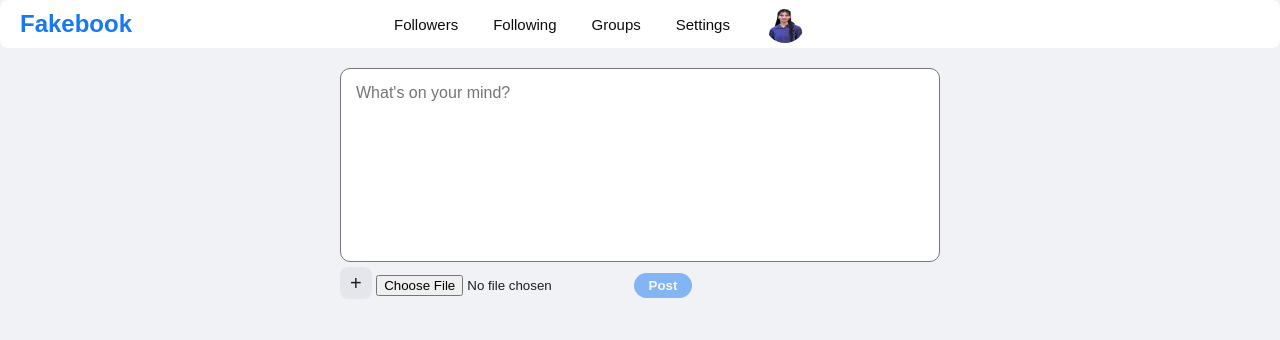
Repository: harpreetkaur2201/FAKEBOOK
Page: fakebook_profile/index.html
These files come from the project's save history. The page is drawn as it stood at one moment and after the next save; the edit follows.
The browser window is 1280 px wide. The pictures show the whole page.

Above is the page before, as saved 2025-11-14 20:22:36.

### fakebook_profile/index.html
<!doctype html>
<html lang="en">
<head>
  <meta charset="utf-8" />
  <meta name="viewport" content="width=device-width, initial-scale=1" />
  <title>Fakebook</title>
  <link rel="stylesheet" href="./assets/styles/style.css">
</head>
<body>
  <header>
    <div class="logo">Fakebook</div>
    <nav>
      <a href="#followers">Followers</a>
      <a href="#following">Following</a>
      <a href="#groups">Groups</a>
      <a href="#settings">Settings</a>
      <a href="#profile"><img id="headerAvatar" src="./assets/Profile pic.jpg" alt="Profile" class="avatar"></a>
    </nav>
  </header>

  <main>
    <section class="create-post">
      <form id="postForm">
        <textarea id="postText" placeholder="What's on your mind?" rows="9"></textarea>
        <div>
          <label for="imageInput">+</label>
            <input id="imageInput" type="file" accept="image/*">

          <button id="postBtn" type="submit" disabled>Post</button>
        </div>
      </form>
    </section>

    <section id="posts"></section>
  </main>

  <div id="modal" class="modal" aria-hidden="true">
    <div class="modal-content">
      <a href="#" id="closeModal">Close</a>
      <div>
        <div id="modalAvatar"></div>
        <h2 id="modalName">Your Name</h2>
        <p id="modalBio">Your bio will appear here.</p>
      </div>
    </div>
  </div>
    <script type="module" src="./assets/script/script.js"></script>
</body>
</html>

### fakebook_profile/assets/styles/style.css
* {
  padding: 0;
  margin: 0;
  box-sizing: border-box;
  font-family: Arial, sans-serif;
}

body {
  background: #f0f2f5;
  color: #1c1e21;

}

.container {
  max-width: 700px;
  margin: 20px auto;
  padding: 0 15px;
}

header {
  display: flex;
  justify-content: space-between;
  align-items: center;
  background: white;
  padding: 10px 20px;
  border-radius: 8px;
  color: #1877f2;
  position: relative;
}

header .logo {
  font-size: 1.5rem;
  font-weight: bold;
}

header nav {
  position: absolute;
  left: 30%;
  display: flex;
  gap: 15px;
  align-items: center;
}

header nav a {
  text-decoration: none;
  color: #0c0c0c;
  font-size: 15px;
  padding: 5px 10px;
  border-radius: 6px;
  transition: background 0.2s;
}

header nav a:hover {
  background: #e4e6eb;
}

header nav img.avatar {
  width: 40px;
  height: 40px;
  border-radius: 50%;

  cursor: pointer;
}

.create-post {
  max-width: 600px;
  margin: 20px auto;
}

.create-post form {
  display: flex;
  flex-direction: column;
  gap: 10px;

}

.create-post label {
  cursor: pointer;
  font-size: 20px;
  background: #e4e6eb;
  padding: 5px 10px;
  border-radius: 8px;
}

#create-post input[type="file"] {
  display: none; /* hide default choose file text */
}

#create-post textarea,
.create-post textarea {
  width: 100%;
  min-height: 120px;
  padding: 15px;
  border-radius: 10px;
  font-size: 16px;
  resize: none;
}

.controls {
  display: flex;
  align-items: center;
  gap: 10px;
}

.file-label {
  background: #e4e6eb;
  padding: 5px 8px;
  border-radius: 8px;
  cursor: pointer;
}

.controls input[type="file"] {
  display: none;
}

#postBtn {
  padding: 5px 15px;
  border-radius: 20px;
  background: #1877f2;
  color: white;
  font-weight: bold;
  cursor: pointer;
  border: none;
}

#postBtn:disabled {
  opacity: 0.5;
  cursor: not-allowed;
}

.posts {
  margin-top: 20px;
  display: flex;
  flex-direction: column;
  gap: 15px;
}

.post {
  background: white;
  padding: 10px;
  border-radius: 10px;
}

.post-header {
  display: flex;
  align-items: center;
  gap: 10px;
  margin-bottom: 8px;
}

.post-header .avatar {
  width: 35px;
  height: 35px;
  border-radius: 50%;
  background: #ccc;
  display: flex;
  align-items: center;
  justify-content: center;
  color: white;
  font-weight: bold;
}

.post-body img {
  max-width: 100%;
  margin-top: 8px;
  border-radius: 8px;
}

.modal {
  position: fixed;
  inset: 0;
  background: rgba(0, 0, 0, 0.5);
  display: flex;
  justify-content: center;
  align-items: center;
  opacity: 0;
  pointer-events: none;
  transition: opacity 0.3s ease;
  z-index: 1000;
}

.modal[aria-hidden="false"] {
  opacity: 1;
  pointer-events: auto;
}

.modal-content {
  background: white;
  padding: 20px;
  border-radius: 12px;
  max-width: 400px;
  width: 90%;
  position: relative;
  box-shadow: 0 4px 10px rgba(0, 0, 0, 0.2);
  text-align: center;
}

.modal-content #closeModal {
  position: absolute;
  top: 10px;
  right: 15px;
  font-size: 1.2rem;
  text-decoration: none;
  color: #333;
}

.account-view h2 {
  margin: 10px 0 5px 0;
  font-size: 1.2rem;
}

.account-view .bio-text {
  font-size: 14px;
  color: #2d2626;
  margin-bottom: 10px;
}

.modal-avatar img {
  width: 60px;
  height: 60px;
  border-radius: 50%;
  object-fit: cover;
}

.account-view div a {
  display: inline-block;
  flex: 1;
  margin: 5px 3px;
  padding: 6px;
  border-radius: 8px;
  background: #e4e6eb;
  font-weight: 500;
  text-decoration: none;
  color: #000;
  transition: background 0.2s;
}

.account-view div a:hover {
  background: #d8dadf;
}

### fakebook_profile/assets/script/script.js
import { Subscriber } from './subscriber.js';

document.addEventListener('DOMContentLoaded', () => {
  const postForm = document.getElementById('postForm');
  const postText = document.getElementById('postText');
  const imageInput = document.getElementById('imageInput');
  const postBtn = document.getElementById('postBtn');
  const postsContainer = document.getElementById('posts');

  const headerAvatar = document.getElementById('headerAvatar');
  const modal = document.getElementById('modal');
  const closeModalBtn = document.getElementById('closeModal');
  const modalName = document.getElementById('modalName');
  const modalBio = document.getElementById('modalBio');
  const modalAvatar = document.getElementById('modalAvatar');

  const account = new Subscriber(
    101,
    "Harpreet Kaur",
    "harpreet123",
    "harpreet@example.com",
    ["Food Lovers", "Travel Diaries"],
    ["Winnipeg Students", "Punjabi Group"],
    true
  );

  const accountProfile = {
    bio: "Hi! I love food and travel.",
    profilePic: "./assets/Profile pic.jpg"
  };

  class Post {
    constructor(userInfo, profile, text, image) {
      this.userInfo = userInfo;
      this.profile = profile;
      this.text = text;
      this.image = image;
      this.time = new Date();
    }

    render() {
      const postDiv = document.createElement('div');
      postDiv.className = 'post';

      const headerDiv = document.createElement('div');
      headerDiv.className = 'post-header';

      const avatarDiv = document.createElement('div');
      avatarDiv.className = 'avatar';
      if (this.profile.profilePic) {
        avatarDiv.style.backgroundImage = `url(${this.profile.profilePic})`;
        avatarDiv.style.backgroundSize = 'cover';
        avatarDiv.style.backgroundPosition = 'center';
      } else {
        avatarDiv.textContent = this.userInfo.name.charAt(0);
      }

      const nameDiv = document.createElement('div');
      const nameEl = document.createElement('div');
      nameEl.textContent = this.userInfo.name;

      const timeEl = document.createElement('div');
      timeEl.className = 'post-meta';
      timeEl.textContent = this.time.toLocaleString();

      nameDiv.appendChild(nameEl);
      nameDiv.appendChild(timeEl);
      headerDiv.appendChild(avatarDiv);
      headerDiv.appendChild(nameDiv);

      const bodyDiv = document.createElement('div');
      bodyDiv.className = 'post-body';
      if (this.text && this.text.trim() !== '') {
        const textP = document.createElement('p');
        textP.textContent = this.text;
        textP.style.textAlign = 'center';
        bodyDiv.appendChild(textP);
      }
      if (this.image) {
        const img = document.createElement('img');
        img.src = this.image;
        img.alt = 'Posted image';
        bodyDiv.appendChild(img);
      }

      postDiv.appendChild(headerDiv);
      postDiv.appendChild(bodyDiv);
      return postDiv;
    }
  }

  const posts = [];

  function togglePostBtn() {
    postBtn.disabled = postText.value.trim() === '' && imageInput.files.length === 0;
  }

  postText.addEventListener('input', togglePostBtn);
  imageInput.addEventListener('change', togglePostBtn);

  postForm.addEventListener('submit', (e) => {
    e.preventDefault();
    if (imageInput.files[0]) {
      const reader = new FileReader();
      reader.onload = () => createPost(reader.result);
      reader.readAsDataURL(imageInput.files[0]);
    } else {
      createPost(null);
    }
  });

  function createPost(imageData) {
    const userInfo = account.getInfo();
    const newPost = new Post(userInfo, accountProfile, postText.value, imageData);
    posts.unshift(newPost);
    renderPosts();
    postForm.reset();
    togglePostBtn();
  }

  function renderPosts() {
    postsContainer.innerHTML = '';
    posts.forEach(p => {
      if (p.text || p.image) postsContainer.appendChild(p.render());
    });
  }

  headerAvatar.addEventListener('click', (e) => {
    e.preventDefault();
    const info = account.getInfo();
    modalName.textContent = info.name;
    modalBio.textContent = accountProfile.bio;
    modalAvatar.innerHTML = '';
    if (accountProfile.profilePic) {
      const img = document.createElement('img');
      img.src = accountProfile.profilePic;
      img.alt = info.name;
      modalAvatar.appendChild(img);
    }
    modal.setAttribute('aria-hidden', 'false');
  });

  closeModalBtn.addEventListener('click', () => {
    modal.setAttribute('aria-hidden', 'true');
  });

  modal.addEventListener('click', (e) => {
    if (e.target === modal) modal.setAttribute('aria-hidden', 'true');
  });

  togglePostBtn();
});

### fakebook_profile/assets/script/subscriber.js
'use strict';
// subscriber.js
import { User } from './user.js';

export class Subscriber extends User {
  #pages;
  #groups;
  #canMonetize;

  constructor(id, name, userName, email, pages = [], groups = [], canMonetize = false) {
    super(id, name, userName, email);
    this.#pages = pages;
    this.#groups = groups;
    this.#canMonetize = canMonetize;
  }

  getInfo() {
    return {
      ...super.getInfo(),
      pages: this.#pages,
      groups: this.#groups,
      canMonetize: this.#canMonetize
    };
  }
}

### fakebook_profile/assets/script/user.js
'use strict';

// user.js
export class User {
  #id;
  #name;
  #userName;
  #email;

  constructor(id, name, userName, email) {
    this.#id = id;
    this.#name = name;
    this.#userName = userName;
    this.#email = email;
  }

  getInfo() {
    return {
      id: this.#id,
      name: this.#name,
      userName: this.#userName,
      email: this.#email
    };
  }
}

After the next save:
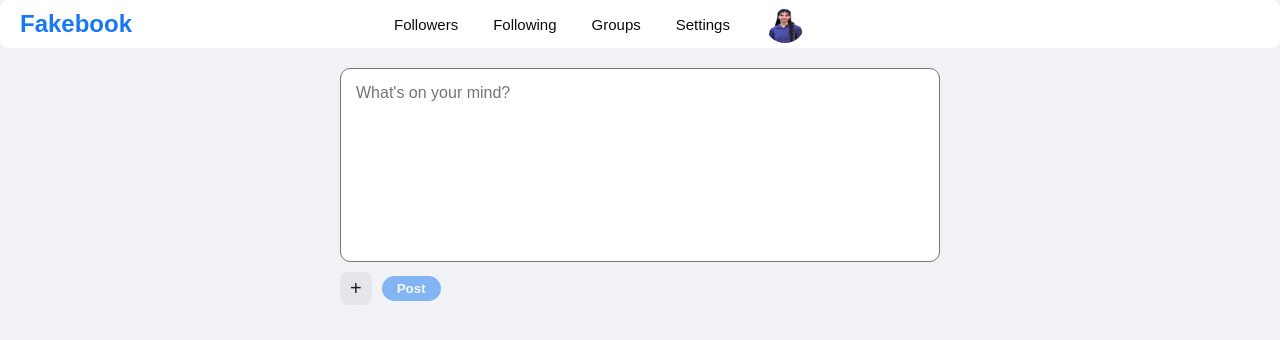
Saved 72 min 36 s later.
--- a/fakebook_profile/index.html
+++ b/fakebook_profile/index.html
@@ -4,9 +4,32 @@
   <meta charset="utf-8" />
   <meta name="viewport" content="width=device-width, initial-scale=1" />
   <title>Fakebook</title>
+
+  <!--
+  =========================
+  STEP 1: ADD STYLESHEET
+  =========================
+  This step links the CSS file that will style everything:
+  - Header
+  - Post form
+  - Posts container
+  - Modal
+  -->
   <link rel="stylesheet" href="./assets/styles/style.css">
 </head>
 <body>
+
+  <!--
+  =========================
+  STEP 2: HEADER
+  =========================
+  Purpose:
+  - Display the logo on the left.
+  - Provide navigation links: Followers, Following, Groups, Settings.
+  - Show profile avatar on the right.
+  Notes:
+  - Remains visible at the top.
+  -->
   <header>
     <div class="logo">Fakebook</div>
     <nav>
@@ -14,26 +37,56 @@
       <a href="#following">Following</a>
       <a href="#groups">Groups</a>
       <a href="#settings">Settings</a>
-      <a href="#profile"><img id="headerAvatar" src="./assets/Profile pic.jpg" alt="Profile" class="avatar"></a>
+      <a href="#profile">
+        <img id="headerAvatar" src="./assets/Profile pic.jpg" alt="Profile" class="avatar">
+      </a>
     </nav>
   </header>
 
+  <!--
+  =========================
+  STEP 3: MAIN CONTENT
+  =========================
+  This section contains:
+  1. Post creation form
+     - Textarea for writing a post
+     - + button to upload image or video
+     - Post button (disabled until content exists)
+  2. Posts container
+     - Displays all created posts
+     - Each post will have space between them
+  -->
   <main>
     <section class="create-post">
       <form id="postForm">
+        <!-- User types their thoughts here -->
         <textarea id="postText" placeholder="What's on your mind?" rows="9"></textarea>
-        <div>
-          <label for="imageInput">+</label>
-            <input id="imageInput" type="file" accept="image/*">
 
+        <!-- Controls for uploading media and submitting -->
+        <div class="controls">
+          <!-- + button for file input -->
+          <label for="imageInput" class="file-label">+</label>
+          <input id="imageInput" type="file" accept="image/*,video/*">
+
+          <!-- Post button -->
           <button id="postBtn" type="submit" disabled>Post</button>
         </div>
       </form>
     </section>
 
-    <section id="posts"></section>
+    <!-- Container where posts will appear -->
+    <section id="posts" class="posts-container"></section>
   </main>
 
+  <!--
+  =========================
+  STEP 4: MODAL
+  =========================
+  Purpose:
+  - Hidden by default
+  - Can show profile info or user details
+  - Activated via JS when needed
+  -->
   <div id="modal" class="modal" aria-hidden="true">
     <div class="modal-content">
       <a href="#" id="closeModal">Close</a>
@@ -44,6 +97,17 @@
       </div>
     </div>
   </div>
-    <script type="module" src="./assets/script/script.js"></script>
+
+  <!--
+  =========================
+  STEP 5: SCRIPT
+  =========================
+  - Handles all functionality of the page:
+    1. Post creation
+    2. Enabling/disabling Post button
+    3. Image/Video preview
+    4. Modal open/close
+  -->
+  <script type="module" src="./assets/script/script.js"></script>
 </body>
 </html>
